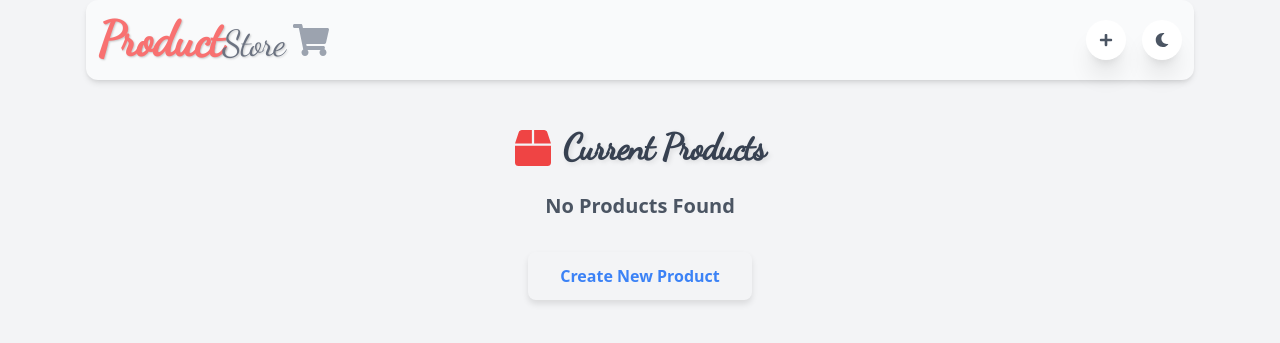
Repository: xarrkhan001/Mern-stack-Project
Page: / (app in frontend/)
The author's editor kept a copy of each file at every save. The page is drawn from the files as they stood at one save, then again after the next save.
The browser window is 1280 px wide. The pictures show the whole page.
The page's requests for data from a server got no answer. The project was rebuilt for these pictures with package versions that can differ from the ones it lists, and the page was loaded fresh each time. No one was signed in, and anything a server would have sent is missing. Also part of the build but not shown: frontend/vite.config.js, frontend/src/pages/CreatePage.jsx.

Above is the page before, as saved 2025-03-08 14:01:40.

### frontend/src/main.jsx
import React from "react";
import { BrowserRouter } from "react-router-dom";
import ReactDOM from "react-dom";
import "./index.css";
import App from "./App";

ReactDOM.render(
  <React.StrictMode>
    <BrowserRouter>
      <App />
    </BrowserRouter>
  </React.StrictMode>,
  document.getElementById("root")
);

### frontend/src/index.css
@import url('https://fonts.googleapis.com/css2?family=Dancing+Script&display=swap');


@tailwind base;
@tailwind components;
@tailwind utilities;

### frontend/src/App.jsx
import React from "react";
import { Routes, Route } from "react-router-dom";
import HomePage from "./pages/HomePage";
import CreatePage from "./pages/CreatePage";
import Navbar from "./components/Navbar";

const App = () => {
  return (
    <>
      <div className="min-h-[100vh] bg-gray-100 dark:bg-gray-900 dark:text-white">
        {" "}
        {/* Lighter background color */}
        <Navbar />
        <Routes>
          <Route path="/" element={<HomePage />} />
          <Route path="/create" element={<CreatePage />} />
        </Routes>
      </div>
    </>
  );
};

export default App;

### frontend/src/pages/HomePage.jsx
import React, { useEffect } from "react";
import { FaBox } from "react-icons/fa"; // Example icon from react-icons
import { Link } from "react-router-dom"; // Import Link for routing
import { useProductStore } from "../store/product";
import ProductCard from "../components/ProductCard";

const HomePage = () => {
  const { fetchProducts, products } = useProductStore();

  useEffect(() => {
    fetchProducts();
  }, [fetchProducts]);

  console.log("products", products);

  return (
    <div className="max-w-7xl py-12 mx-auto text-center">
      {/* Title Section */}
      <h1 className="text-4xl text-red-500 flex justify-center items-center space-x-3 font-bold">
        <FaBox className="text-4xl" />
        <span
          className="text-gray-700 font-bold dark:text-gray-300"
          style={{
            fontFamily: "'Dancing Script', cursive",
            letterSpacing: "-1px",
            lineHeight: "1.1",
            textShadow: "2px 2px 5px rgba(0, 0, 0, 0.1)",
            WebkitFontSmoothing: "antialiased",
            MozOsxFontSmoothing: "grayscale",
          }}
        >
          Current Products
        </span>
      </h1>

      {/* No Products Found Text */}
      {products.length === 0 ? (
        <p className="text-gray-600 mt-6 text-xl font-semibold">
          No Products Found
        </p>
      ) : (
        <div className="mt-12 grid grid-cols-1 sm:grid-cols-2 md:grid-cols-3 lg:grid-cols-4 gap-8">
          {/* Display Product Cards in a Grid */}
          {products.map((product) => (
            <ProductCard key={product._id} product={product} />
          ))}
        </div>
      )}

      {/* Create New Product Button */}
      <div className="mt-8">
        <Link to="/create">
          <button
            className="px-8 py-3 text-blue-500 font-semibold rounded-lg shadow-md transform transition duration-200 ease-in-out hover:scale-105"
            style={{
              boxShadow: "0 4px 6px rgba(0, 0, 0, 0.1)",
            }}
          >
            Create New Product
          </button>
        </Link>
      </div>
    </div>
  );
};

export default HomePage;

### frontend/src/components/Navbar.jsx
import React, { useState, useEffect } from "react";
import { Link } from "react-router-dom";
import { FaPlus, FaShoppingCart, FaSun, FaMoon } from "react-icons/fa";

const Navbar = () => {
  const [isDarkMode, setIsDarkMode] = useState(false);

  useEffect(() => {
    const savedTheme = localStorage.getItem("theme");
    if (savedTheme) {
      setIsDarkMode(savedTheme === "dark");
    }
  }, []);

  const toggleDarkMode = () => {
    setIsDarkMode((prevMode) => {
      const newMode = !prevMode;
      localStorage.setItem("theme", newMode ? "dark" : "light");
      return newMode;
    });
  };

  useEffect(() => {
    if (isDarkMode) {
      document.documentElement.classList.add("dark");
    } else {
      document.documentElement.classList.remove("dark");
    }
  }, [isDarkMode]);

  return (
    <div className="max-w-[1140px] px-4 mx-auto">
      {/* Navbar container */}
      <div
        className={`flex items-center justify-between h-20 p-3 rounded-xl shadow-md text-black dark:text-white ${
          isDarkMode ? "bg-transparent dark:bg-gray-800" : "bg-gray-50"
        }`}
      >
        {/* Left side - ProductStore logo */}
        <Link to="/" className="flex items-center space-x-1 sm:space-x-2">
          <span
            className="font-logo text-4xl sm:text-5xl tracking-tight text-red-500 dark:text-gray-100"
            style={{
              fontFamily: "'Dancing Script', cursive",
              letterSpacing: "-1px",
              lineHeight: "1.1",
              textShadow: "1px 1px 2px rgba(0, 0, 0, 0.2)",
              WebkitFontSmoothing: "antialiased",
              MozOsxFontSmoothing: "grayscale",
            }}
          >
            <span className="text-4xl sm:text-5xl font-semibold text-red-400 dark:text-red-400">
              Product
            </span>
            <span className="text-3xl sm:text-4xl text-gray-500 dark:text-gray-400">
              Store
            </span>
          </span>
          <FaShoppingCart className="text-3xl sm:text-4xl text-gray-400 dark:text-gray-300 ml-1 sm:ml-2" />
        </Link>

        {/* Right side - Icons */}
        <div className="flex items-center space-x-2 sm:space-x-4">
          {/* Plus Icon */}
          <Link to="/create">
            <button className="w-8 h-8 sm:w-10 sm:h-10 bg-white dark:bg-gray-500 text-gray-600 dark:text-white rounded-full flex items-center justify-center transform hover:scale-125 transition-all duration-300 shadow-xl hover:shadow-2xl focus:outline-none">
              <FaPlus size={14} />
            </button>
          </Link>

          {/* Dark/Light Mode Toggle Icon */}
          <button
            onClick={toggleDarkMode}
            className="w-8 h-8 sm:w-10 sm:h-10 bg-white dark:bg-gray-500 text-[#FF4081] dark:text-white rounded-full flex items-center justify-center transform hover:scale-125 transition-all duration-300 shadow-xl hover:shadow-2xl focus:outline-none"
          >
            {isDarkMode ? (
              <FaSun size={14} className="text-yellow-500 sm:text-16" />
            ) : (
              <FaMoon size={14} className="text-gray-600 sm:text-16" />
            )}
          </button>
        </div>
      </div>
    </div>
  );
};

export default Navbar;

### frontend/src/store/product.js
import { create } from "zustand";

export const useProductStore = create((set) => ({
  products: [],
  setProducts: (products) => set({ products }),
  createProduct: async (newProduct) => {
    if (!newProduct.name || !newProduct.image || !newProduct.price) {
      return { success: false, message: "Please fill in all fields." };
    }

    const res = await fetch("/api/products", {
      method: "POST",
      headers: {
        "Content-Type": "application/json",
      },
      body: JSON.stringify(newProduct),
    });

    const data = await res.json();

    // Corrected line: return the updated state directly
    set((state) => ({
      products: [...state.products, data.data], // Directly returning the updated state
    }));

    return { success: true, message: "Product created successfully" };
  },

  fetchProducts: async () => {
    const res = await fetch("/api/products");
    const data = await res.json();
    set({ products: data.data });
  },

  deleteProduct: async (pid) => {
    const res = await fetch(`/api/products/${pid}`, {
      method: "DELETE",
    });

    const data = await res.json();
    if (!data.success) return { success: false, message: data.message };
    set((state) => ({
      products: state.products.filter((product) => product._id !== pid),
    }));

    return { success: true, message: data.message };
  },

  updateProduct: async (pid, updateProduct) => {
    const res = await fetch(`/api/products/${pid}`, {
      method: "PUT",
      headers: {
        "Content-Type": "application/json",
      },
      body: JSON.stringify(updateProduct),
    });

    const data = await res.json();
    if (!data.success) return { success: false, message: data.message };
    set((state) => ({
      products: state.products.map((product) =>
        product._id === pid ? data.data : product
      ),
    }));
  },
}));

### frontend/tailwind.config.js
/** @type {import('tailwindcss').Config} */
export default {
  content: ["./index.html", "./src/**/*.{js,ts,jsx,tsx}"],
  theme: {
    extend: {},
  },
  darkMode: "class", // Enable dark mode via the 'dark' class
  plugins: [],
};

### frontend/src/components/ProductCard.jsx
import React, { useState } from "react";
import { FaEdit, FaTrashAlt } from "react-icons/fa";
import { useProductStore } from "../store/product";
import { toast } from "react-toastify";
import "react-toastify/dist/ReactToastify.css";

const ProductCard = ({ product }) => {
  const { deleteProduct, updateProduct } = useProductStore();
  const [showModal, setShowModal] = useState(false);
  const [updatedProduct, setUpdatedProduct] = useState({
    name: product.name,
    price: product.price,
    image: product.image,
  });

  // Handle delete product
  const handleDeleteProduct = async (pid) => {
    try {
      const { success, message } = await deleteProduct(pid);
      console.log(success, message);
      if (success) {
        toast.success(message); // Show success toast
      } else {
        toast.error(message); // Show error toast
      }
    } catch (error) {
      console.error("Error deleting product:", error);
      toast.error("Something went wrong while deleting the product.");
    }
  };

  // Handle update product
  const handleUpdateProduct = async () => {
    try {
      const { success, message } = await updateProduct(
        product._id,
        updatedProduct
      );
      if (success) {
        toast.success(message); // Show success toast
        setShowModal(false); // Automatically close the modal after a successful update
      } else {
        toast.error(message); // Show error toast if update fails
      }
    } catch (error) {
      console.error("Error updating product:", error);
      toast.error("Something went wrong while updating the product.");
    }
  };

  return (
    <>
      <div className="dark:bg-gray-800 bg-gray-100 shadow-lg rounded-lg overflow-hidden transition-all duration-300 hover:translate-y-[-5px] hover:shadow-xl">
        {/* Product content */}
        <img
          src={product.image}
          alt={product.name}
          className="w-full h-64 object-cover"
        />
        <div className="p-4">
          <h1 className="text-md mb-2">{product.name}</h1>
          <p className="text-xl font-bold mb-4">PKR {product.price}</p>
          <div className="flex justify-center space-x-4 mt-4">
            <button
              onClick={() => setShowModal(true)}
              className="text-blue-500 hover:text-blue-700 transition duration-300"
            >
              <FaEdit size={20} />
            </button>
            <button
              onClick={() => handleDeleteProduct(product._id)}
              className="text-red-500 hover:text-red-700 transition duration-300"
            >
              <FaTrashAlt size={20} />
            </button>
          </div>
        </div>
      </div>

      {/* Modal */}
      {showModal && (
        <div className="fixed inset-0 bg-black bg-opacity-50 z-50 flex items-center justify-center">
          <div className="p-6 dark:bg-gray-800 bg-gray-100 rounded-lg shadow-lg max-w-sm w-full">
            <h2 className="text-2xl font-semibold mb-4 text-gray-900 dark:text-gray-100">
              Update Product
            </h2>
            <form
              onSubmit={(e) => {
                e.preventDefault();
                handleUpdateProduct(); // Trigger update
              }}
            >
              <div className="mb-4">
                <label
                  className="block text-gray-700 dark:text-gray-200"
                  htmlFor="name"
                >
                  Product Name
                </label>
                <input
                  id="name"
                  type="text"
                  value={updatedProduct.name}
                  onChange={(e) =>
                    setUpdatedProduct({
                      ...updatedProduct,
                      name: e.target.value,
                    })
                  }
                  className="w-full p-2 border border-gray-300 dark:border-gray-600 rounded-md bg-white dark:bg-gray-700 text-gray-900 dark:text-gray-200"
                />
              </div>
              <div className="mb-4">
                <label
                  className="block text-gray-700 dark:text-gray-200"
                  htmlFor="price"
                >
                  Price (PKR)
                </label>
                <input
                  id="price"
                  type="number"
                  value={updatedProduct.price}
                  onChange={(e) =>
                    setUpdatedProduct({
                      ...updatedProduct,
                      price: e.target.value,
                    })
                  }
                  className="w-full p-2 border border-gray-300 dark:border-gray-600 rounded-md bg-white dark:bg-gray-700 text-gray-900 dark:text-gray-200"
                />
              </div>
              <div className="mb-4">
                <label
                  className="block text-gray-700 dark:text-gray-200"
                  htmlFor="image"
                >
                  Image URL
                </label>
                <input
                  id="image"
                  type="text"
                  value={updatedProduct.image}
                  onChange={(e) =>
                    setUpdatedProduct({
                      ...updatedProduct,
                      image: e.target.value,
                    })
                  }
                  className="w-full p-2 border border-gray-300 dark:border-gray-600 rounded-md bg-white dark:bg-gray-700 text-gray-900 dark:text-gray-200"
                />
              </div>
              <div className="flex justify-between mt-4">
                <button
                  type="button"
                  onClick={() => setShowModal(false)} // Close modal if cancel is clicked
                  className="bg-gray-300 text-black py-2 px-4 rounded-md dark:bg-gray-700 dark:text-white"
                >
                  Cancel
                </button>
                <button
                  type="submit"
                  className="bg-blue-500 text-white py-2 px-4 rounded-md"
                >
                  Update Product
                </button>
              </div>
            </form>
          </div>
        </div>
      )}
    </>
  );
};

export default ProductCard;

Loaded but not shown: frontend/index.html (common file)

After the next save:
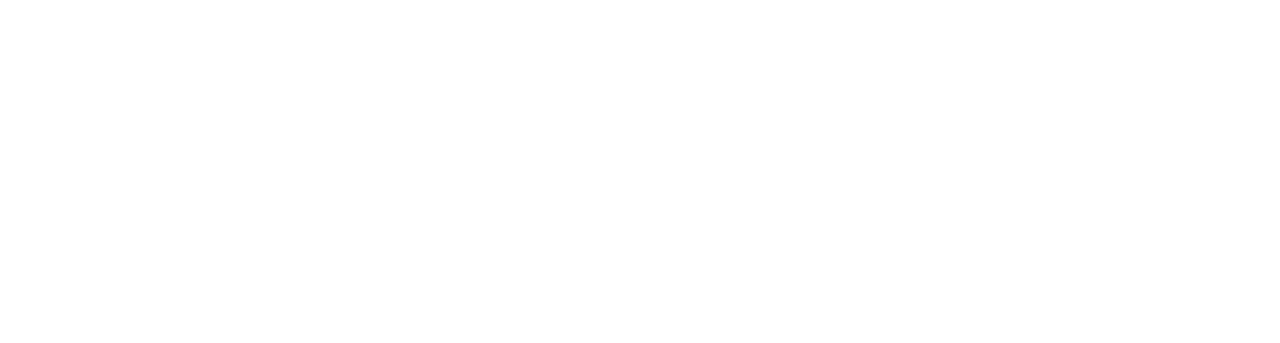
Console error: TypeError: Cannot read properties of undefined (reading 'TOP_RIGHT')
Saved 3 min 12 s later.
--- a/frontend/src/components/ProductCard.jsx
+++ b/frontend/src/components/ProductCard.jsx
@@ -3,6 +3,18 @@
 import { useProductStore } from "../store/product";
 import { toast } from "react-toastify";
 import "react-toastify/dist/ReactToastify.css";
+
+// Configure the toast notification placement
+toast.configure({
+  position: toast.POSITION.TOP_RIGHT,
+  autoClose: 5000, // Optional: Adjust how long the toast remains visible (in ms)
+  hideProgressBar: false,
+  newestOnTop: true,
+  closeOnClick: true,
+  pauseOnHover: true,
+  draggable: true,
+  progress: undefined,
+});
 
 const ProductCard = ({ product }) => {
   const { deleteProduct, updateProduct } = useProductStore();

After the save that followed:
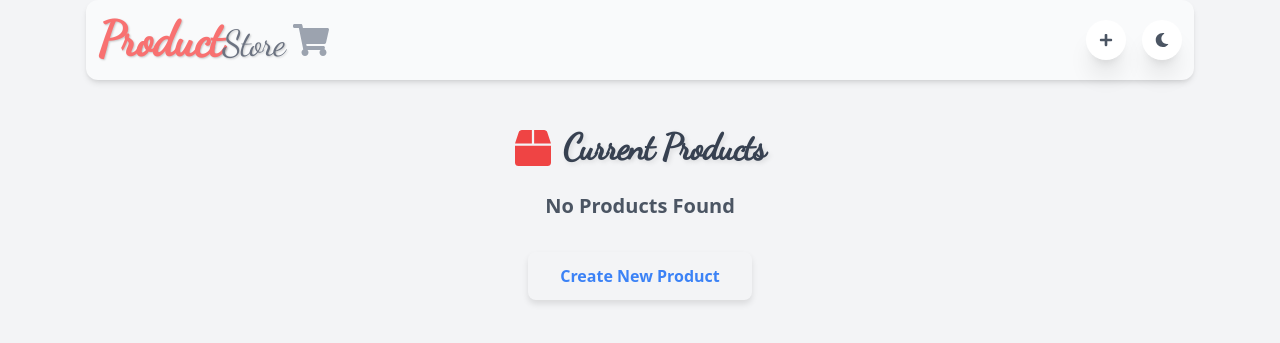
The error is gone.
Saved 38 s later.
--- a/frontend/src/components/ProductCard.jsx
+++ b/frontend/src/components/ProductCard.jsx
@@ -3,18 +3,6 @@
 import { useProductStore } from "../store/product";
 import { toast } from "react-toastify";
 import "react-toastify/dist/ReactToastify.css";
-
-// Configure the toast notification placement
-toast.configure({
-  position: toast.POSITION.TOP_RIGHT,
-  autoClose: 5000, // Optional: Adjust how long the toast remains visible (in ms)
-  hideProgressBar: false,
-  newestOnTop: true,
-  closeOnClick: true,
-  pauseOnHover: true,
-  draggable: true,
-  progress: undefined,
-});
 
 const ProductCard = ({ product }) => {
   const { deleteProduct, updateProduct } = useProductStore();
